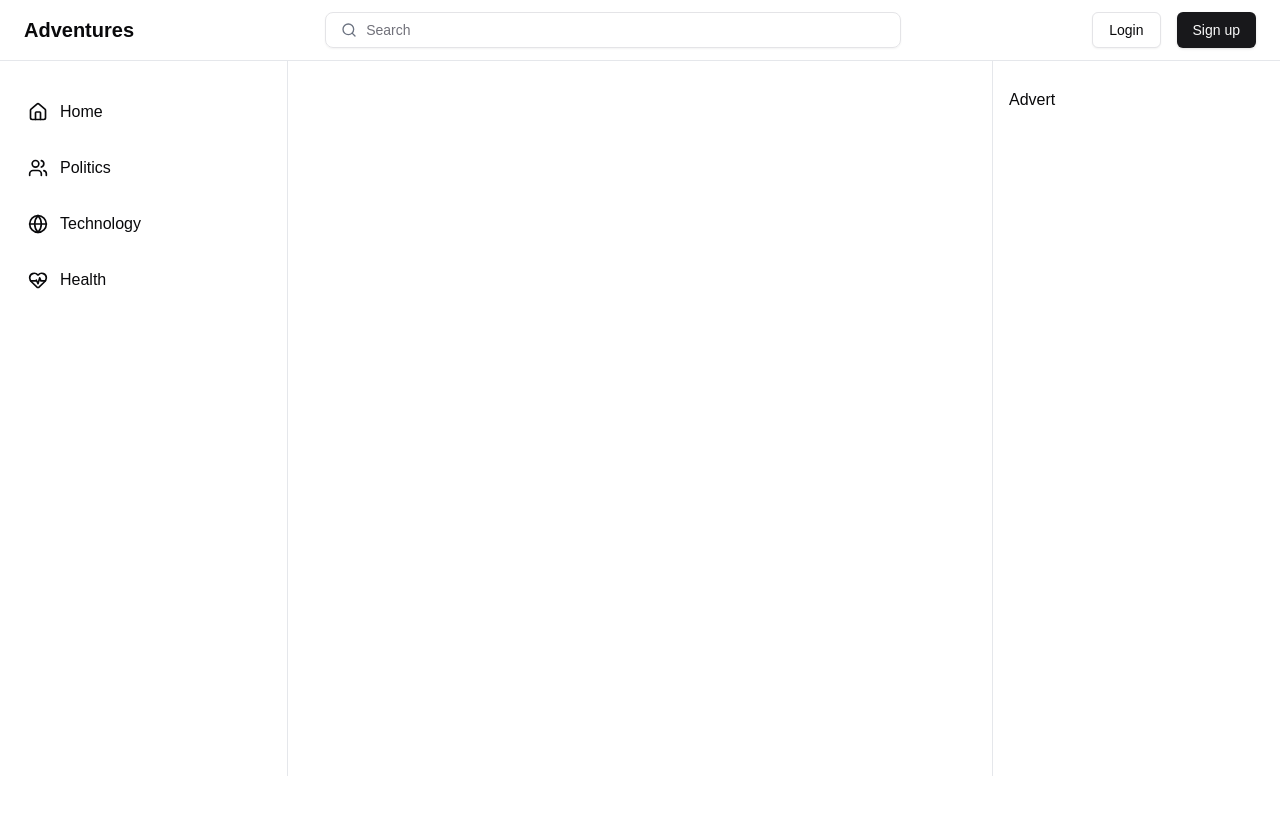
Repository: IssaMuiz/afrixpace-frontend
Page: /
The author's editor kept a copy of each file at every save. The page is drawn from the files as they stood at one save, then again after the next save.
The browser window is 1280 px wide. The pictures show the whole page.
The page's requests for data from a server got no answer. The project was rebuilt for these pictures with package versions that can differ from the ones it lists, and the page was loaded fresh each time. The framework's server and built-in components were replaced by stand-ins that run in the browser. No one was signed in, and anything a server would have sent is missing. Also part of the build but not shown: next.config.ts, components/ui/card.tsx, components/Vote.tsx, components/PostCard.tsx.

Above is the page before, as saved 2025-02-04 17:19:29.

After the next save:
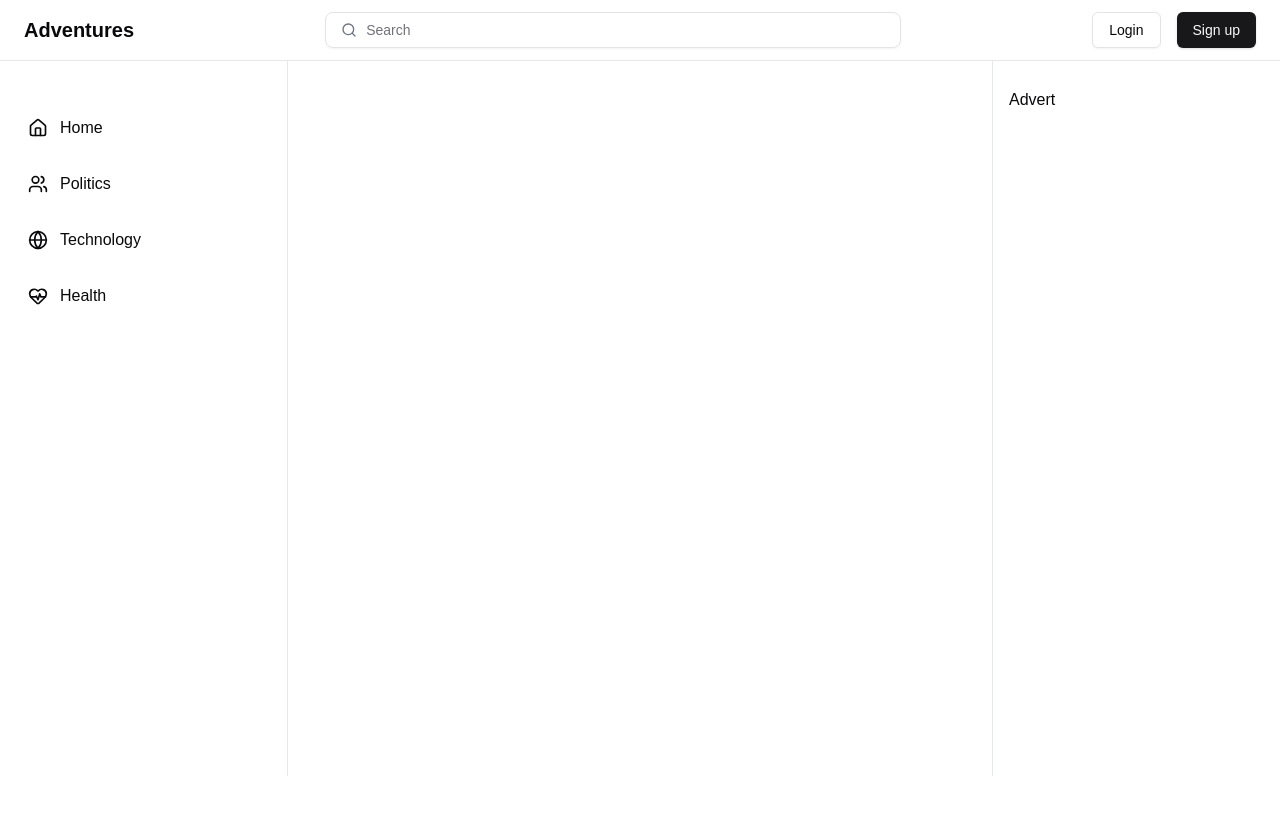
Saved 18 s later.
--- a/components/Sidebar.tsx
+++ b/components/Sidebar.tsx
@@ -8,7 +8,7 @@ import { cn } from "@/lib/utils";
 const Sidebar = () => {
   const pathname = usePathname();
   return (
-    <aside className="fixed hidden xl:block top-14 left-0 bottom-0 w-72 border-r border-gray-200 h-screen dark:bg-gray-900 px-4 pt-8">
+    <aside className="fixed hidden xl:block top-14 left-0 bottom-0 w-72 border-r border-gray-200 h-screen dark:bg-gray-900 px-4 pt-12">
       <nav className="space-y-2">
         {categories.map(({ name, icon: Icon, path }) => (
           <Link
